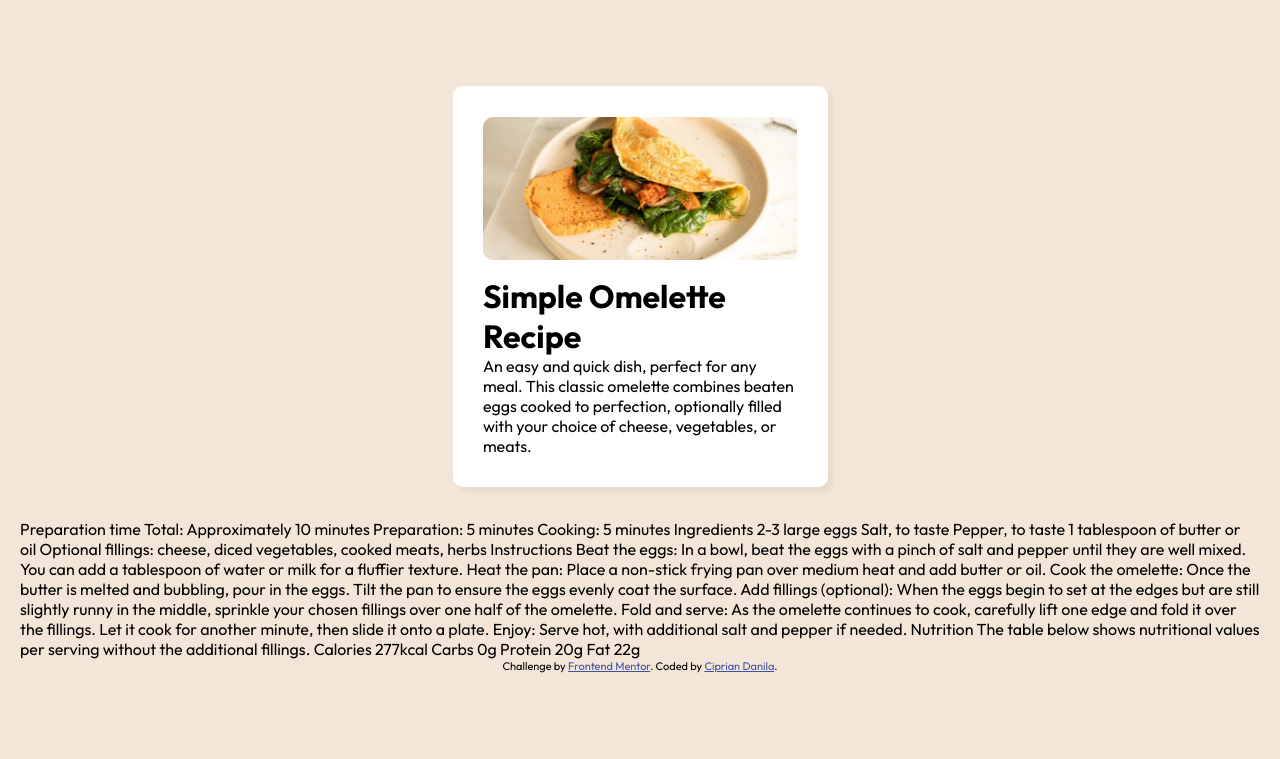
Repository: cipdanila/recipe-page
Page: index.html
These files come from the project's save history. The page is drawn as it stood at one moment and after the next save; the edit follows.
The browser window is 1280 px wide. The pictures show the whole page.

Above is the page before, as saved 2024-01-21 15:04:52.

### index.html
<!DOCTYPE html>
<html lang="en">
<head>
  <meta charset="UTF-8">
  <meta name="viewport" content="width=device-width, initial-scale=1.0"> <!-- displays site properly based on user's device -->

  <link rel="icon" type="image/png" sizes="32x32" href="./assets/images/favicon-32x32.png">
  <link rel="stylesheet" href="styles.css">

  <title>Frontend Mentor | Recipe page</title>

</head>
<body>
  <main>
    <div class="container">
      <img src="./assets/images//image-omelette.jpeg" alt="image-omlette">
      <h1>Simple Omelette Recipe</h1>
      <p>
        An easy and quick dish, perfect for any meal. This classic omelette combines beaten eggs cooked
        to perfection, optionally filled with your choice of cheese, vegetables, or meats.
      </p>
    </div>
  </main>


  Preparation time

  Total: Approximately 10 minutes
  Preparation: 5 minutes
  Cooking: 5 minutes

  Ingredients

  2-3 large eggs
  Salt, to taste
  Pepper, to taste
  1 tablespoon of butter or oil
  Optional fillings: cheese, diced vegetables, cooked meats, herbs

  Instructions

  Beat the eggs: In a bowl, beat the eggs with a pinch of salt and pepper until they are well mixed.
  You can add a tablespoon of water or milk for a fluffier texture.

  Heat the pan: Place a non-stick frying pan over medium heat and add butter or oil.

  Cook the omelette: Once the butter is melted and bubbling, pour in the eggs. Tilt the pan to ensure
  the eggs evenly coat the surface.

  Add fillings (optional): When the eggs begin to set at the edges but are still slightly runny in the
  middle, sprinkle your chosen fillings over one half of the omelette.

  Fold and serve: As the omelette continues to cook, carefully lift one edge and fold it over the
  fillings. Let it cook for another minute, then slide it onto a plate.

  Enjoy: Serve hot, with additional salt and pepper if needed.

  Nutrition

  The table below shows nutritional values per serving without the additional fillings.

  Calories
  277kcal

  Carbs
  0g

  Protein
  20g

  Fat
  22g
  <footer>
    <div class="attribution">
      Challenge by <a href="https://www.frontendmentor.io?ref=challenge" target="_blank" rel="noopener">Frontend Mentor</a>.
      Coded by <a href="https://github.com/cipdanila" target="_blank" rel="noopener noreferrer">Ciprian Danila</a>.
    </div>
  </footer>
</body>
</html>

### styles.css
@import url("https://fonts.googleapis.com/css2?family=Outfit:wght@400;600;700&family=Young+Serif&display=swap");

* {
    margin: 0;
    padding: 0;
    box-sizing: border-box;
}

:root {
    /* Primary Colors */
    --nutmeg: hsl(14, 45%, 36%);            /* h2 */
    --dark-raspberry: hsl(332, 51%, 32%);   /* h3 */
    /* Neutral Colors */
    --white: hsl(0, 0%, 100%);              /* main container */
    --rose-white: hsl(330, 100%, 98%);      /* second container */
    --eggshell: hsl(30, 54%, 90%);          /* body */
    --light-grey: hsl(30, 18%, 87%);        /* shadow */
    --wenge-brown: hsl(30, 10%, 34%);       /* regular font */
    --dark-charcoal: hsl(24, 5%, 18%);      /* bold font */
}

body {
    font-family: "Outfit", sans-serif;
    font-size: 16px;
    background-color: var(--eggshell);
    display: flex;
    flex-direction: column;
    align-items: center;
    justify-content: center;
    height: calc(100vh - 1px);
    margin: 1.25rem;
}

img {
    max-width: 100%;
}

.container {
    background-color: var(--white);
    padding: 1.90rem;
    border-radius: 0.625rem;
    box-shadow: 5px 5px 5px rgba(0, 0, 0, 0.05);
    display: flex;
    flex-direction: column;
    align-items: center;
    margin-bottom: 2rem;
}

.container img {
    border-radius: 0.625rem;
    margin-bottom: 1rem;
}

.attribution {
    font-size: 11px;
    text-align: center;
}

.attribution a {
    color: hsl(228, 45%, 44%);
}

@media (min-width: 375px) {
    .container {
        width: 375px;
    }
}

After the next save:
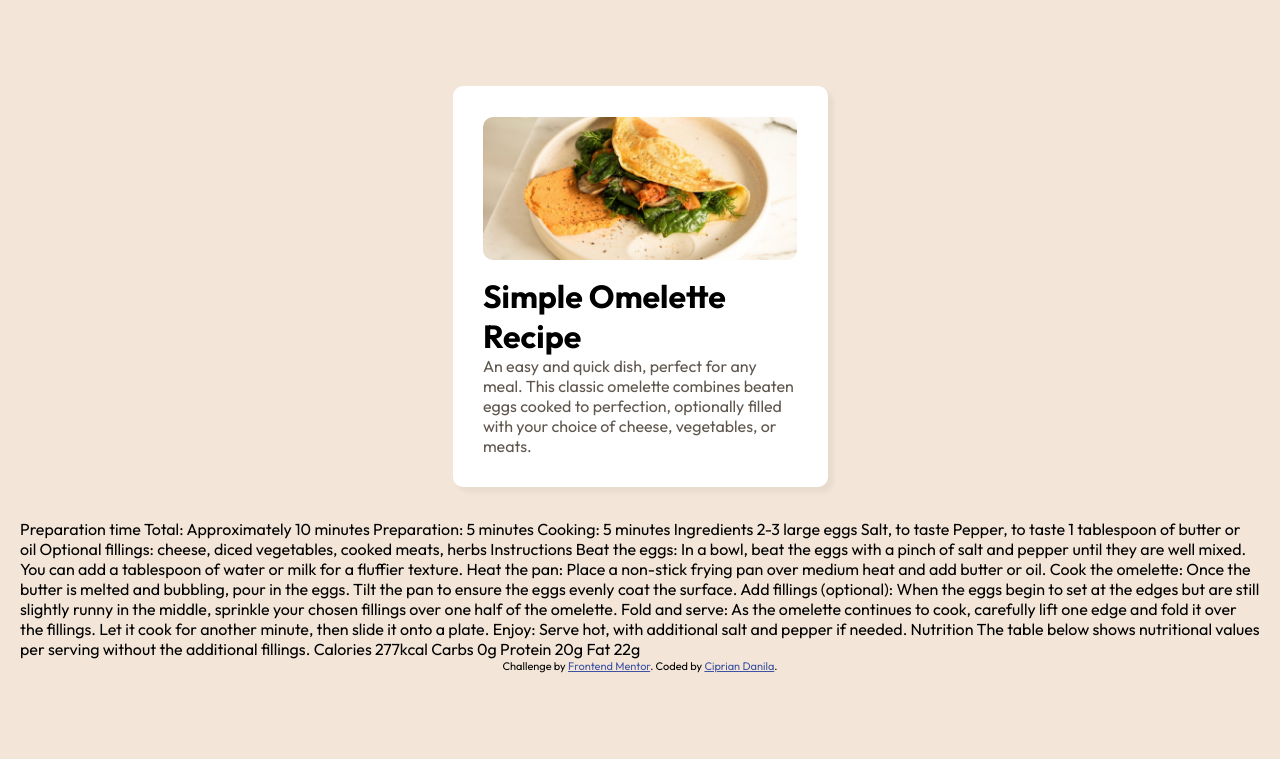
Saved 58 s later.
--- a/styles.css
+++ b/styles.css
@@ -35,6 +35,10 @@
     max-width: 100%;
 }
 
+p {
+    color: var(--wenge-brown);
+}
+
 .container {
     background-color: var(--white);
     padding: 1.90rem;
